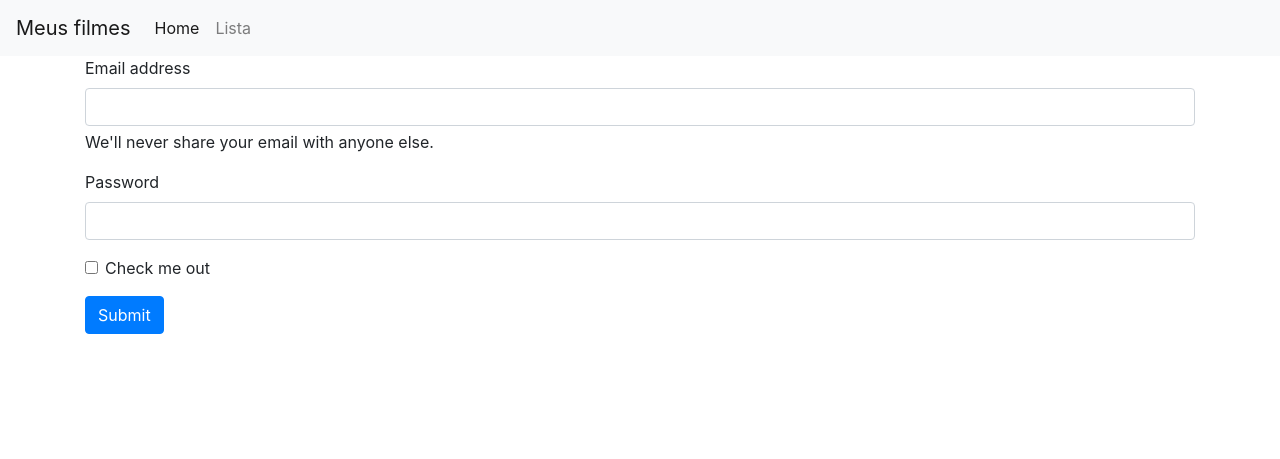
Repository: fernandoblumenau/javaWEB
Page: http://localhost/MeusFilmes/
These files come from the project's save history. The page is drawn as it stood at one moment and after the next save; the edit follows.
The browser window is 1280 px wide. The pictures show the whole page.
The page is served by Tomcat 10. Other server files are loaded and not shown.

Above is the page before, as saved 2022-03-25 22:01:21.

### MeusFilmes/src/main/webapp/WEB-INF/home.jsp
<%@ page language="java" contentType="text/html; charset=ISO-8859-1"
    pageEncoding="ISO-8859-1"%>

<!DOCTYPE html>
<html>
<head>
<meta charset="ISO-8859-1">
<title>Meus Filmes</title>
<link rel="stylesheet" href="https://cdn.jsdelivr.net/npm/bootstrap@4.6.1/dist/css/bootstrap.min.css" integrity="sha384-zCbKRCUGaJDkqS1kPbPd7TveP5iyJE0EjAuZQTgFLD2ylzuqKfdKlfG/eSrtxUkn" crossorigin="anonymous">

</head>
<body>
	<header>


		<nav class="navbar navbar-expand-lg navbar-light bg-light">
		  <a class="navbar-brand" href="#">Meus filmes</a>
		  <button class="navbar-toggler" type="button" data-toggle="collapse" data-target="#navbarSupportedContent" aria-controls="navbarSupportedContent" aria-expanded="false" aria-label="Toggle navigation">
		    <span class="navbar-toggler-icon"></span>
		  </button>

		  <div class="collapse navbar-collapse" id="navbarSupportedContent">
		    <ul class="navbar-nav mr-auto">
		      <li class="nav-item active">
		        <a class="nav-link" href="#">Home <span class="sr-only">(current)</span></a>
		      </li>
		      <li class="nav-item">
		        <a class="nav-link" href="#">Lista</a>
		      </li>
		    </ul>
		  </div>
		</nav>
	</header>


<div class = container>
	<form>
	  <div class="mb-3">
	    <label for="exampleInputEmail1" class="form-label">Email address</label>
	    <input type="email" class="form-control" id="email" name="email" aria-describedby="emailHelp">
	    <div id="emailHelp" class="form-text">We'll never share your email with anyone else.</div>
	  </div>
	  <div class="mb-3">
	    <label for="exampleInputPassword1" class="form-label">Password</label>
	    <input type="password" class="form-control" id="exampleInputPassword1">
	  </div>
	  <div class="mb-3 form-check">
	    <input type="checkbox" class="form-check-input" id="exampleCheck1">
	    <label class="form-check-label" for="exampleCheck1">Check me out</label>
	  </div>
	  <button type="submit" class="btn btn-primary">Submit</button>
	</form>
</div>




<script src="https://cdn.jsdelivr.net/npm/jquery@3.5.1/dist/jquery.slim.min.js" integrity="sha384-DfXdz2htPH0lsSSs5nCTpuj/zy4C+OGpamoFVy38MVBnE+IbbVYUew+OrCXaRkfj" crossorigin="anonymous"></script>
<script src="https://cdn.jsdelivr.net/npm/bootstrap@4.6.1/dist/js/bootstrap.bundle.min.js" integrity="sha384-fQybjgWLrvvRgtW6bFlB7jaZrFsaBXjsOMm/tB9LTS58ONXgqbR9W8oWht/amnpF" crossorigin="anonymous"></script>


</body>
</html>

### MeusFilmes/src/main/java/br/com/projetosaula/meusfilmes/controller/HomeController.java
package br.com.projetosaula.meusfilmes.controller;

import java.io.IOException;

import org.apache.catalina.connector.Response;

import jakarta.servlet.RequestDispatcher;
import jakarta.servlet.Servlet;
import jakarta.servlet.ServletException;
import jakarta.servlet.annotation.WebServlet;
import jakarta.servlet.http.HttpServlet;
import jakarta.servlet.http.HttpServletRequest;
import jakarta.servlet.http.HttpServletResponse;


@WebServlet(name="HomeController", urlPatterns = "/")
public class HomeController extends HttpServlet implements Servlet {
	private static final long serialVersionUID = 1L;


    public HomeController() {

    }


	protected void doGet(HttpServletRequest request, HttpServletResponse response) throws ServletException, IOException {
		RequestDispatcher rd = request.getRequestDispatcher("WEB-INF/home.jsp");
		rd.forward(request, response);

		String nome = request.getParameter("email");
		System.out.println(nome);

	}


}

After the next save:
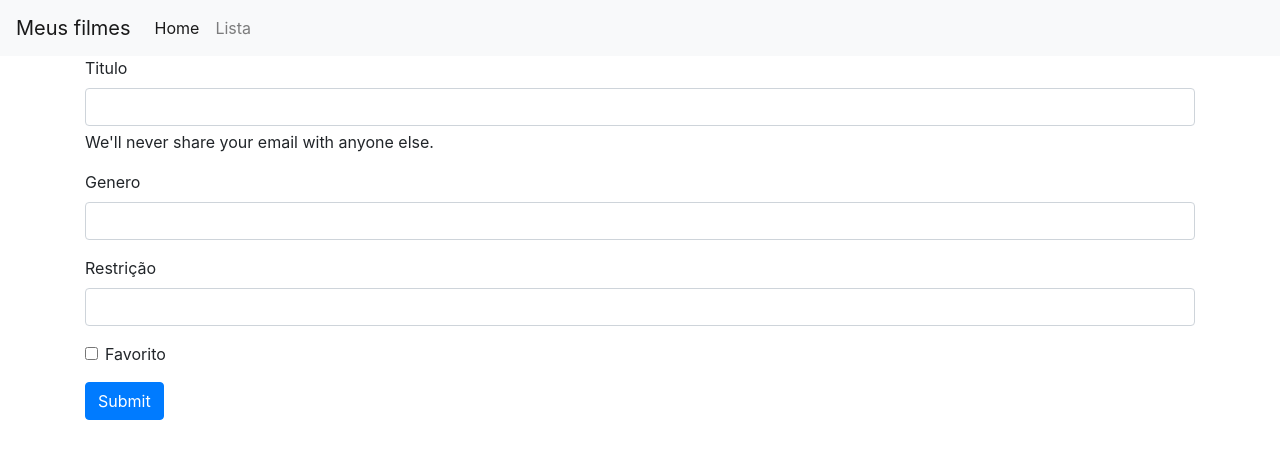
Saved 7 min 42 s later.
--- a/MeusFilmes/src/main/webapp/WEB-INF/home.jsp
+++ b/MeusFilmes/src/main/webapp/WEB-INF/home.jsp
@@ -36,17 +36,21 @@
 <div class = container>
 	<form>
 	  <div class="mb-3">
-	    <label for="exampleInputEmail1" class="form-label">Email address</label>
-	    <input type="email" class="form-control" id="email" name="email" aria-describedby="emailHelp">
+	    <label for="titulo" class="form-label">Titulo</label>
+	    <input type="text" class="form-control" id="titulo" name="email" aria-describedby="emailHelp">
 	    <div id="emailHelp" class="form-text">We'll never share your email with anyone else.</div>
 	  </div>
 	  <div class="mb-3">
-	    <label for="exampleInputPassword1" class="form-label">Password</label>
-	    <input type="password" class="form-control" id="exampleInputPassword1">
+	    <label for="genero" class="form-label">Genero</label>
+	    <input type="text" class="form-control" id="genero" name="genero">
+	  </div>
+	  <div class="mb-3">
+	    <label for="restricao" class="form-label">Restrição</label>
+	    <input type="text" class="form-control" id="restricao" name="genero">
 	  </div>
 	  <div class="mb-3 form-check">
 	    <input type="checkbox" class="form-check-input" id="exampleCheck1">
-	    <label class="form-check-label" for="exampleCheck1">Check me out</label>
+	    <label class="form-check-label" for="exampleCheck1">Favorito</label>
 	  </div>
 	  <button type="submit" class="btn btn-primary">Submit</button>
 	</form>
